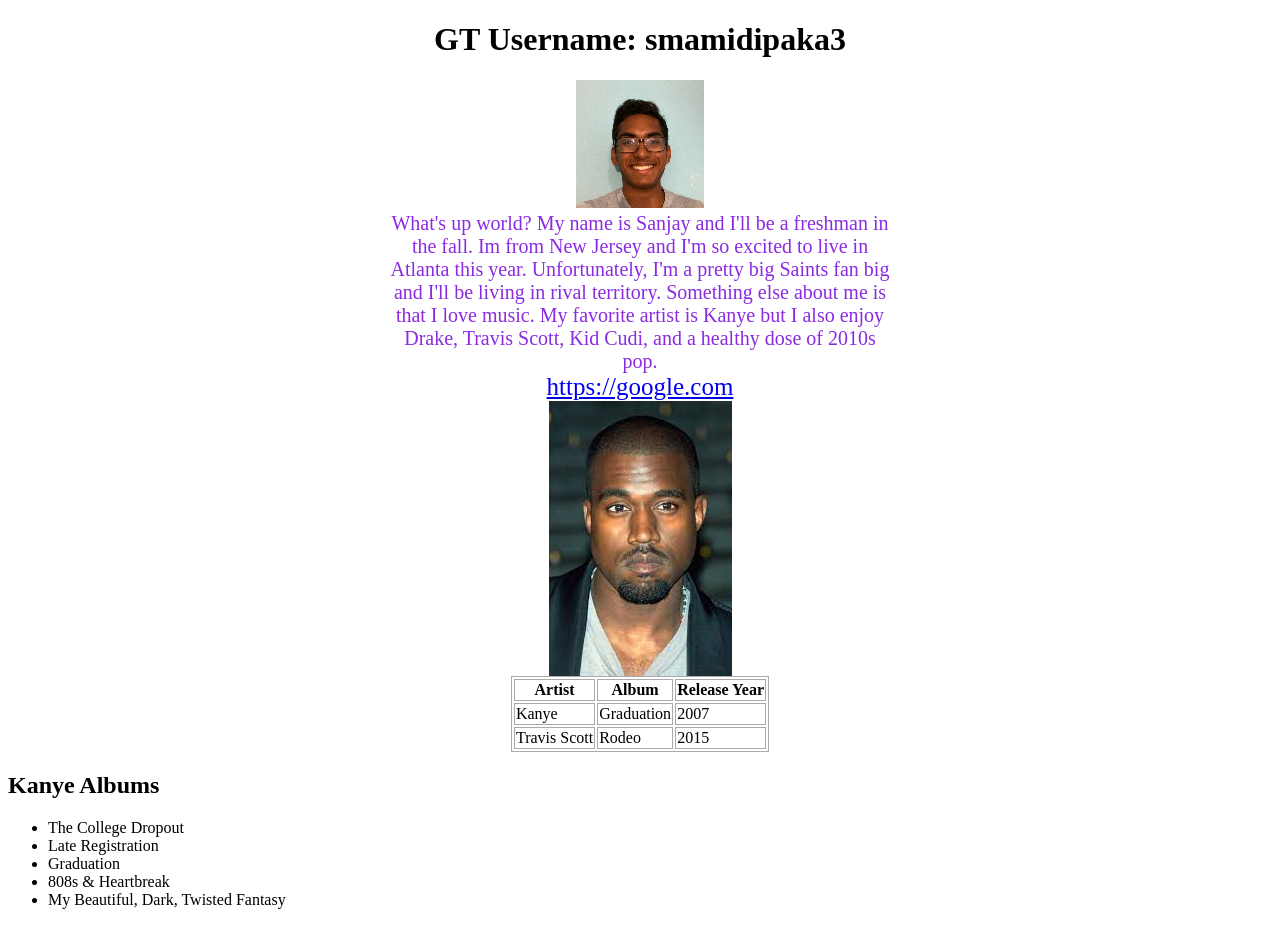
Repository: sanjayMamidipaka/cs1301
Page: lab01/index.html
These files come from the project's save history. The page is drawn as it stood at one moment and after the next save; the edit follows.
The browser window is 1280 px wide. The pictures show the whole page.

Above is the page before, as saved 2021-07-22 17:01:58.

After the next save:
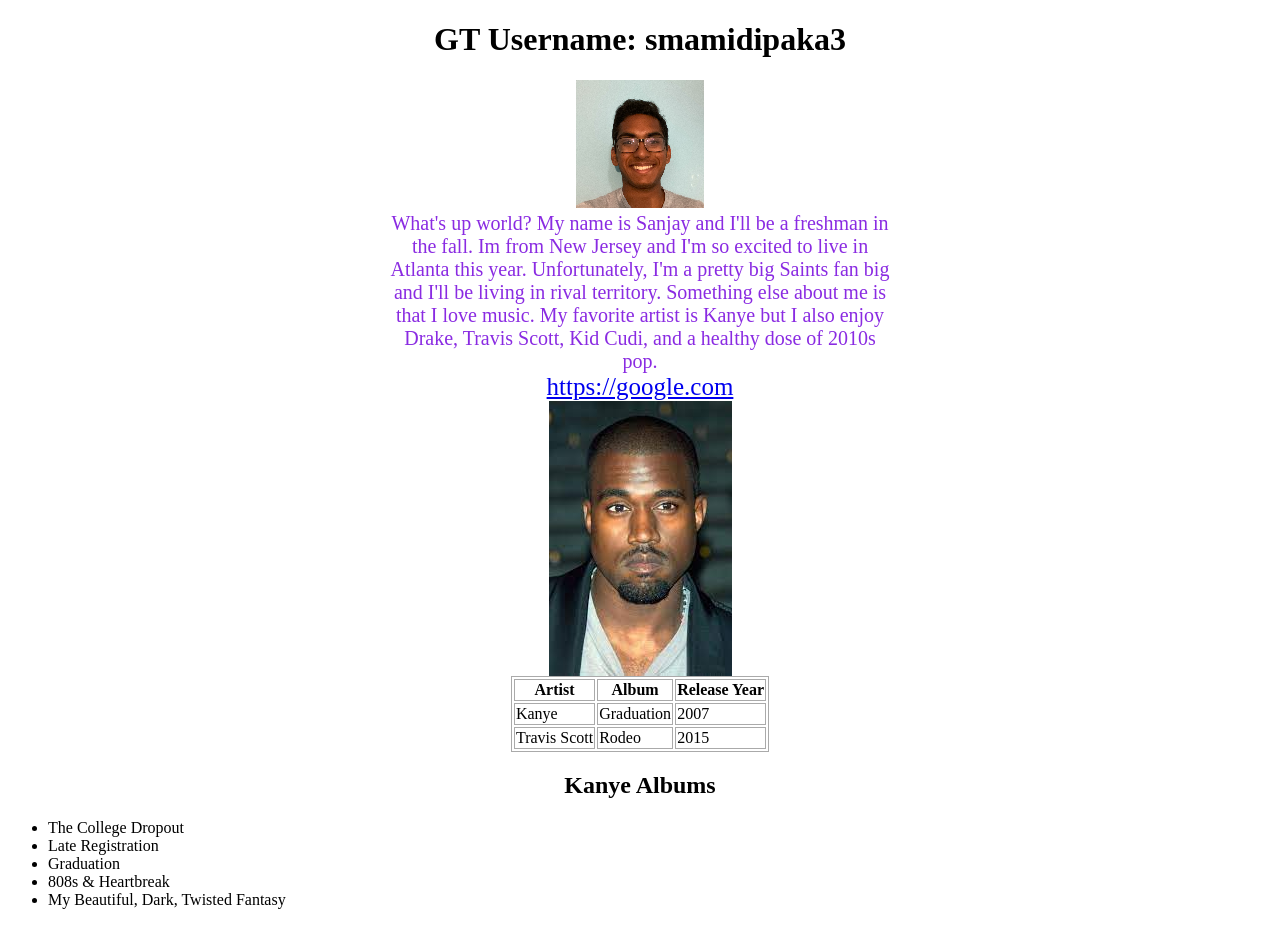
Saved 88 s later.
--- a/lab01/style.css
+++ b/lab01/style.css
@@ -26,6 +26,6 @@
     margin-right: auto;
 }
 
-.listdiv {
+.listtitle {
     text-align: center;
 }
